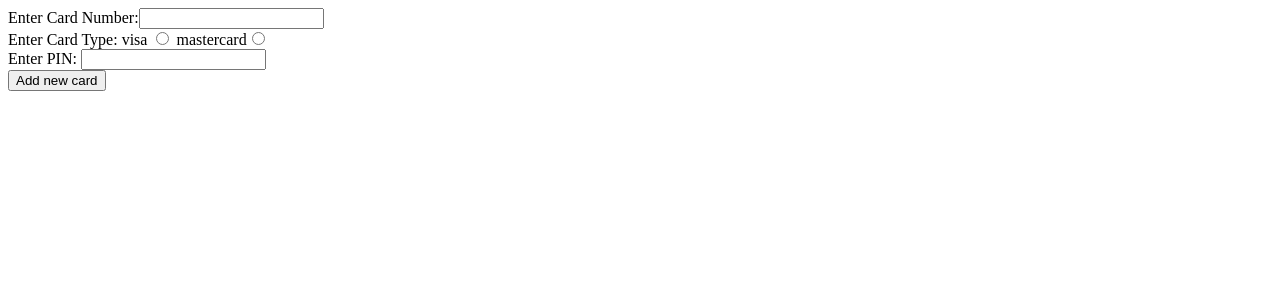
Repository: kiiigaaa/User_Profile
Page: http://localhost/GroceryOrdering/insertPay.jsp
These files come from the project's save history. The page is drawn as it stood at one moment and after the next save; the edit follows.
The browser window is 1280 px wide. The pictures show the whole page.
The page is served by Tomcat 9.

Above is the page before, as saved 2022-11-12 06:30:20.

After the next save:
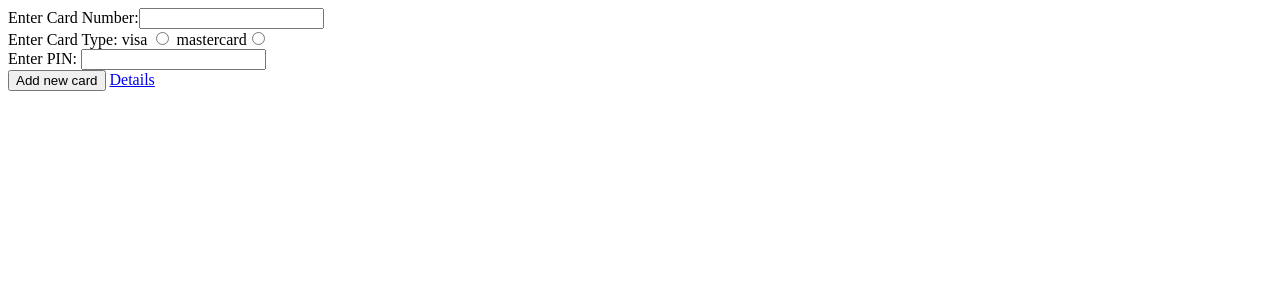
Saved 89 s later.
--- a/GroceryOrdering/src/main/webapp/insertPay.jsp
+++ b/GroceryOrdering/src/main/webapp/insertPay.jsp
@@ -17,6 +17,8 @@
 
 		<input type="submit" name="submit" value="Add new card">
 
+		<a href="paymentMethodDetails.jsp">Details</a>
+
 
 	</form>
 
